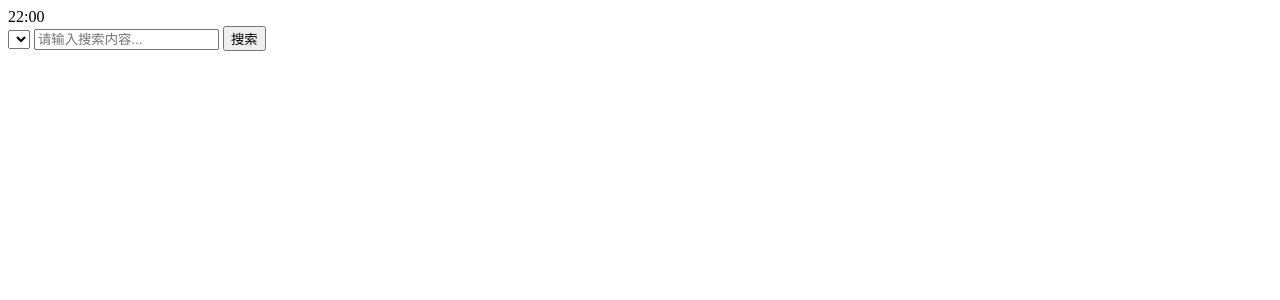
Repository: RADEKWRLD/NaviR
Page: index.html
These files come from the project's save history. The page is drawn as it stood at one moment and after the next save; the edit follows.
The browser window is 1280 px wide. The pictures show the whole page.

Above is the page before, as saved 2025-05-23 22:00:47.
Console error: ReferenceError: Cannot access 'searchEngines' before initialization

### index.html
<!DOCTYPE html>
<html lang="en">
<head>
    <meta charset="UTF-8">
    <meta name="viewport" content="width=device-width, initial-scale=1.0">
    <title>Document</title>
</head>
<body>
    <div id="main">
        <div id="clock"><span>00:00</span></div>

        <div class="search-container">
            <form id="search-form">
                <select id="search-engine" class="search-engine">
                </select>
                <input type="text" id="search-input" placeholder="请输入搜索内容...">
                <button type="submit">搜索</button>
            </form>
        </div>
    </div>




    <script src="main/script.js"></script>
</body>
</html>

### main/script.js
function init() {
    updateTime();
    setInterval(updateTime, 1000);
    // 搜索框事件监听
    initSearch();
}
init();

//更新时间
function updateTime() {
    const now = new Date();
    const hours = String(now.getHours()).padStart(2, '0');
    const minutes = String(now.getMinutes()).padStart(2, '0');
    const timeString = `${hours}:${minutes}`;
    document.getElementById('clock').textContent = timeString;
}

// 搜索引擎配置
const searchEngines = {
    google: {
        name: 'Google',
        url: 'https://www.google.com/search?q='
    },
    bing: {
        name: 'Bing',
        url: 'https://www.bing.com/search?q='
    },
    baidu: {
        name: '百度',
        url: 'https://www.baidu.com/s?wd='
    },
    bingcn: {
        name: '必应中国',
        url: 'https://cn.bing.com/search?q='
    },
    github: {
        name: 'GitHub',
        url: 'https://github.com/search?q='
    },
    zhihu: {
        name: '知乎',
        url: 'https://www.zhihu.com/search?q='
    }
};

// 初始化搜索功能
function initSearch() {
    const searchForm = document.getElementById('search-form');
    const searchInput = document.getElementById('search-input');
    const searchEngine = document.getElementById('search-engine');

    // 动态添加搜索引擎选项
    for (const [key, engine] of Object.entries(searchEngines)) {
        const option = document.createElement('option');
        option.value = key;
        option.textContent = engine.name;
        searchEngine.appendChild(option);
    }

    searchForm.addEventListener('submit', function(e) {
        e.preventDefault();
        const searchTerm = searchInput.value.trim();
        if (searchTerm) {
            const engine = searchEngine.value;
            const searchUrl = searchEngines[engine].url + encodeURIComponent(searchTerm);
            window.location.href = searchUrl;
        }
    });
}

After the next save:
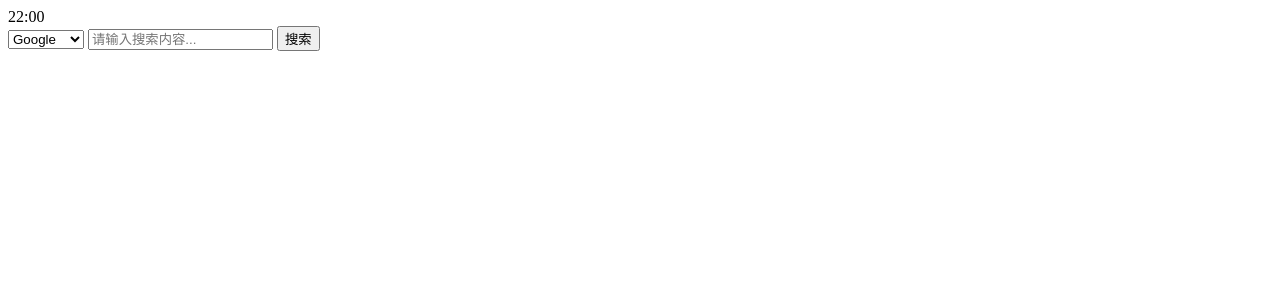
The error is gone.
Saved 59 s later.
--- a/main/script.js
+++ b/main/script.js
@@ -1,11 +1,3 @@
-function init() {
-    updateTime();
-    setInterval(updateTime, 1000);
-    // 搜索框事件监听
-    initSearch();
-}
-init();
-
 //更新时间
 function updateTime() {
     const now = new Date();
@@ -67,3 +59,11 @@ function initSearch() {
         }
     });
 }
+
+function init() {
+    updateTime();
+    setInterval(updateTime, 1000);
+    // 搜索框事件监听
+    initSearch();
+}
+init();
